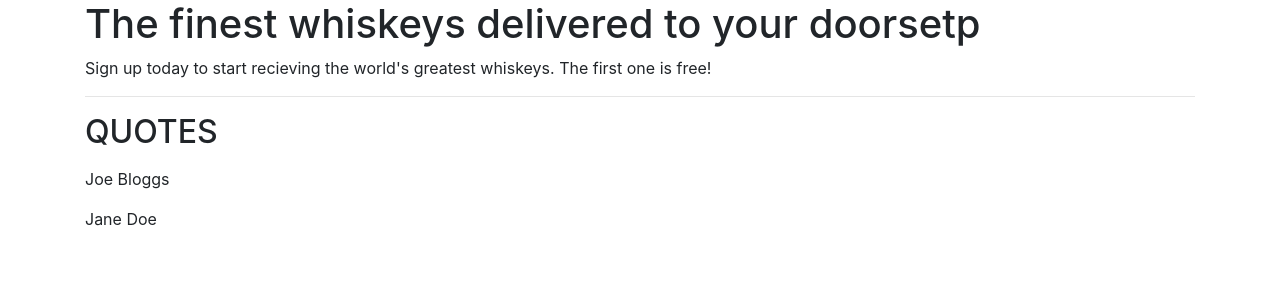
Repository: Matt-F90/Intro-to-bootstrap
Page: index..html
The author's editor kept a record of every edit. The page is drawn from the files as they stood at one moment, then again after the next edit.
The browser window is 1280 px wide. The pictures show the whole page.

Above is the page before.
Console error: TypeError: Cannot read properties of undefined (reading 'fn')

After the next edit:
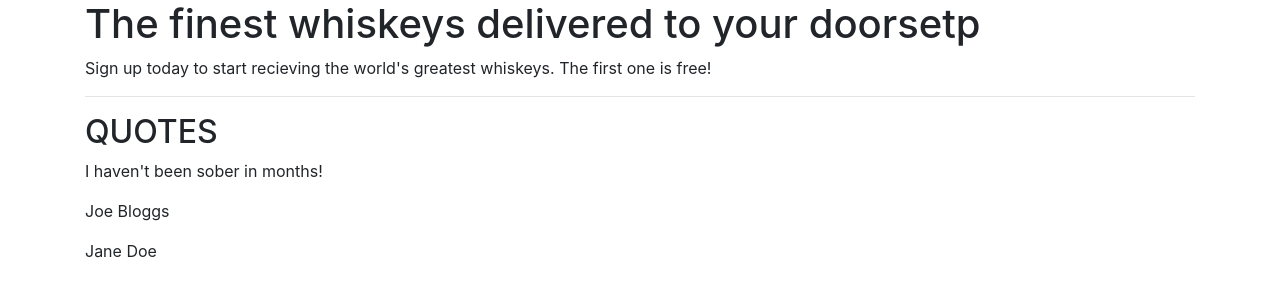
The edit:
--- a/index..html
+++ b/index..html
@@ -19,7 +19,7 @@
         <section class="quotes">
             <h2 class="text-uppercase">Quotes</h2>
             <div class="quote">
-                <p></p>
+                <p>I haven't been sober in months!</p>
                 <p>Joe Bloggs</p>
             </div>
             <div class="quote">
